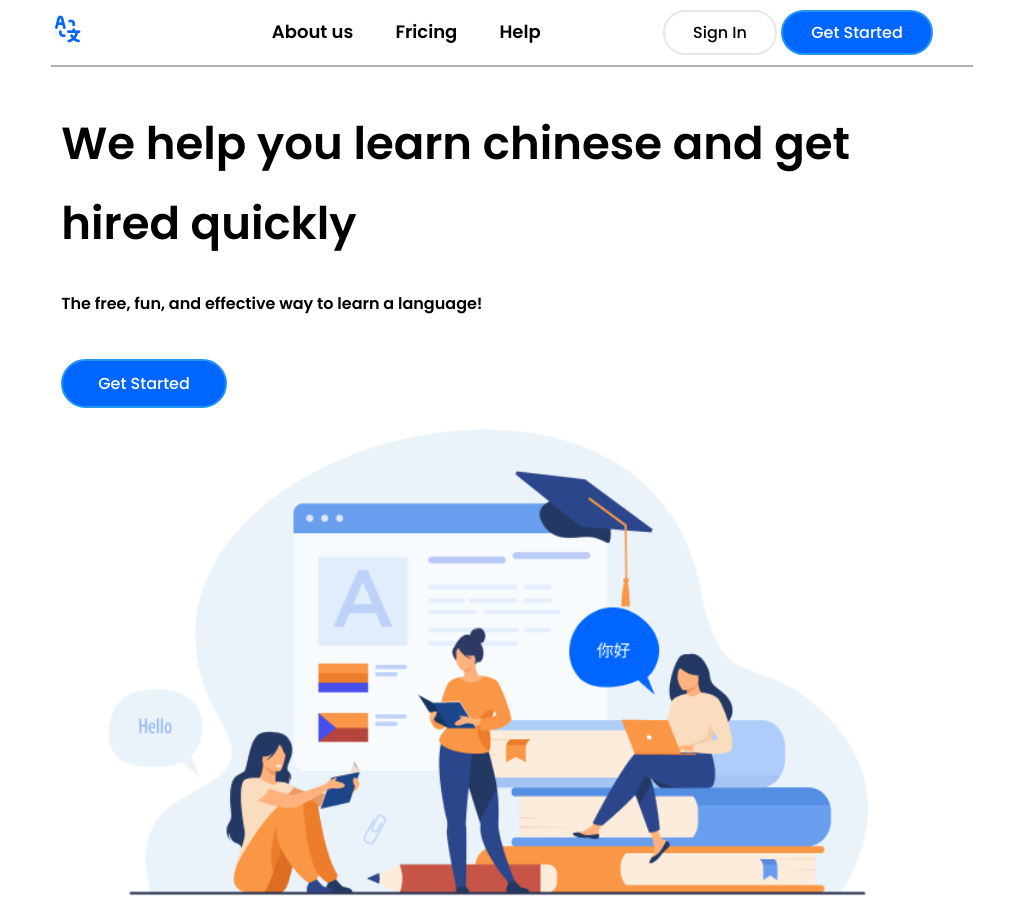
Repository: BinhIT/ChineseLearn
Page: index.html
An editor plug-in stored every save of this project. The page is shown before and after the next save, followed by the edit.
The browser window is 1024 px wide. The pictures show the whole page.

Above is the page before, as saved 2023-03-01 14:19:07.

### index.html
<!DOCTYPE html>
<html lang="en">

<head>
    <meta charset="UTF-8">
    <meta http-equiv="X-UA-Compatible" content="IE=edge">
    <meta name="viewport" content="width=device-width, initial-scale=1.0">
    <link rel="icon" type="image/x-icon" href="./image/uil_english-to-chinese.svg">
    <meta name="viewport" content="width=device-width, initial-scale=1">
    <link rel="stylesheet" href="https://cdnjs.cloudflare.com/ajax/libs/font-awesome/4.7.0/css/font-awesome.min.css">
    <meta name="viewport" content="width=device-width, initial-scale=1">
    <link rel="stylesheet" href="https://cdnjs.cloudflare.com/ajax/libs/font-awesome/4.7.0/css/font-awesome.min.css">
    <link rel="stylesheet" href="./css/header.css">
    <link rel="stylesheet" href="./css/section.css">
    <title>Learn Chinese </title>
</head>

<body>
    <nav id="menu_header">
        <a href="javascript:void(0);" class="icon_nav" onclick="myFunction()">
            <i class="fa fa-bars"></i>
        </a>
        <label class="logo_main"><img src="./image/logo.png" alt=""></label>
        <label class="logo_mobile"><img src="./image/logo_short.png" alt=""></label>
        <ul id="menu_link">
            <li><a href="#">About us</a></li>
            <li><a href="#">Fricing</a></li>
            <li><a href="#">Help</a></li>
        </ul>
        <ul id="menu_btn">
            <button class="btn default">Sign In</button>
            <button class="btn info">Get Started</button>
        </ul>

    </nav>
    <section class="hero-section">
        <div class="row flex-container ">
            <div class="column hero-col1">
                <h1>We help you learn chinese and get hired quickly</h1>
                <h4>The free, fun, and effective way to learn a language!</h4>
                <button class="btn btn_hero">Get Started</button>
            </div>
            <div class="column hero-col2">
                <img src="./image/img-hero.png" alt="">
            </div>
        </div>

    </section>
</body>
<script src="./js/header.js"></script>

</html>

### css/header.css
@import url('https://fonts.googleapis.com/css2?family=Poppins:wght@500;600&display=swap');



* {
    padding: 0;
    margin: 0;
    text-decoration: none;
    list-style: none;
    font-family: 'Poppins', sans-serif;

}

#menu_header {
    display: flex;
    flex-wrap: nowrap;
    justify-content: space-between;
    align-items: center;
}

nav {
    height: 65px;
    width: 90%;
    margin: 0 auto;
    background: #ffffff;
    border-bottom: 2px solid #B3B3B3;
}

label.logo {
    font-size: 35px;
    font-weight: bold;
    color: #fff;
    padding: 0 100px;
    line-height: 80px;
}

nav ul {
    float: right;
    margin-right: 40px;
}

nav li {
    display: inline-block;
    margin: 0 8px;
    line-height: 80px;
}

nav a {
    color: #000000;
    font-size: 18px;
    font-weight: 700;
    border: 1px solid transparent;
    padding: 7px 10px;
    border-radius: 3px;
}

a.active,
a:hover {
    border: 1px solid #000000;
    transition: .5s;
}



.btn {
    border: 2px solid black;
    border-radius: 25px;
    background-color: white;
    color: black;
    font-size: 16px;
    cursor: pointer;

}

/* Blue */
.info {
    background-color: #0066FF;
    border-color: #2196F3;
    color: rgb(255, 255, 255);
    padding: 8px 28px;
}

.info:hover {
    background: #0066FF;
    color: white;
}

/* Gray */
.default {
    border-color: #e7e7e7;
    color: black;
    padding: 8px 28px;
}

.default:hover {
    background: #e7e7e7;
}

/* logo */
.logo_mobile {
    display: none;
}

#menu_header .icon_nav {
    display: none;

}



@media only screen and (max-width:765px) {
    .logo_mobile {
        display: block;
    }

    .logo_main {
        display: none;
    }

    nav {
        width: 95%;
    }

    #menu_header .icon_nav {
        display: block;
        width: 30%;
    }

    #menu_btn {
        display: contents;
        float: right;
    }

    #menu_btn .default {
        display: none;
    }

    #menu_header #menu_link {
        display: none;
    }

    .btn_header {
        font-size: 5px;
        padding: 8px 25px;
    }


}

@media only screen and (max-width: 1024px) {
    nav #icon {
        display: block;
    }

    .logo_mobile {
        display: block;
        width: 15%;
    }

    .logo_main {
        display: none;
    }

    nav a {
        font-size: 18px;
    }

    a.active,
    a:hover {
        border: none;
        color: #3498db;
    }

    nav ul.show {
        left: 0;
    }

    .btn_header {

        font-size: 8px;
    }
}

### css/section.css
/* section hero */
.row {
    width: 90%;
    margin: auto;
    padding: auto;
}

.column {
    flex: 50%;
    padding: 10px;
    height: 300px;
}

.hero-row {
    display: flex;
}

.hero-col1 {
    padding-top: 4%;
    line-height: 5em;
}

.hero-col1 h1 {
    font-size: 45px;

}

.flex-container {
    display: flex;
}

.btn_hero {
    background-color: #0066FF;
    border-color: #2196F3;
    color: rgb(255, 255, 255);
    padding: 10px 35px;
}

/* reponsive section */
/* tablet */
@media screen and (max-width: 1024px) {
    .flex-container {
        flex-wrap: wrap;
    }

    .hero-col2 img {
        width: 95%;
    }
}

/* Mobile */
@media only screen and (max-width:765px) {
    .hero-col1 h1 {
        font-size: 45px;

    }
}

Loaded but not shown: js/header.js (common file)

After the next save:
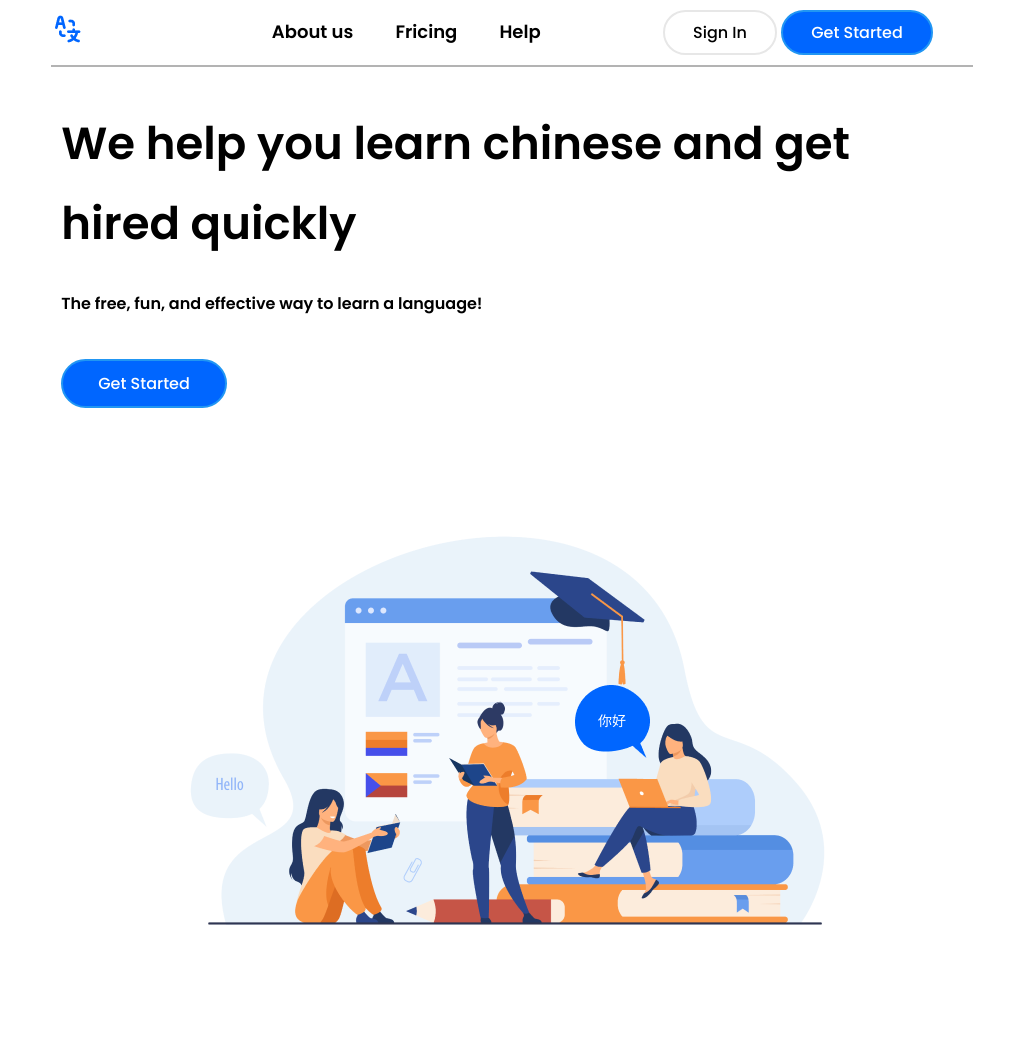
Saved 119 s later.
--- a/css/section.css
+++ b/css/section.css
@@ -44,7 +44,7 @@
     }
 
     .hero-col2 img {
-        width: 95%;
+        padding: 12% 10%;
     }
 }
 
